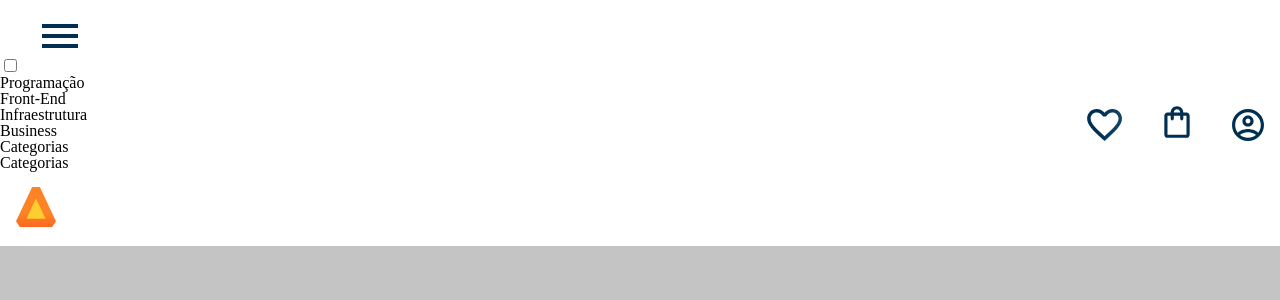
Repository: DamnDTX/projeto-mobile
Page: index.html
The author's editor kept a copy of each file at every save. The page is drawn from the files as they stood at one save, then again after the next save.
The browser window is 1280 px wide. The pictures show the whole page.

Above is the page before, as saved 2023-07-26 22:23:44.

### index.html
<!DOCTYPE html>
<html lang="pt-br">
<head>
    <meta charset="UTF-8">
    <meta name="viewport" content="width=device-width, initial-scale=1.0">
    <title>Mobile project</title>
    <link href="./styles/reset.css" rel="stylesheet">
    <link href="./styles/styles.css" rel="stylesheet">


</head>
<body>
    <header class="cabecalho">
       <!--ELEMENTOS Á ESQUERDA-->

        <div class="container">
            <input type="checkbox" id="menu" class="container__botao">
            <label for="menu">
            <span class="cabecalho__menu-hamburguer container__imagem"></span>
            </label>
            <ul class="lista-menu">
                <li class="lista-menu__titulo">Programação
                </li>
                <li class="lista-menu__titulo">Front-End
                </li>
                <li class="lista-menu__titulo">
                    Infraestrutura
                </li>
                <li class="lista-menu__titulo">Business
                </li>
                <li class="lista-menu__titulo">Categorias
                </li>
                <li class="lista-menu__titulo">Categorias
                </li>
            </ul>
             <img src="./img/Logo.svg" class="container__imagem" alt="logo-AluraBooks">
    </div>

        <!--ELEMENTOS Á DIREITA-->

    <div class="container">
        <a href="#"><img src="./img/Favoritos.svg " class="container__imagem" alt="Favoritos"></a>

        <a href="#"><img src="./img/Sacola.svg" class="container__imagem"   alt="Sacola"></a>

        <a href="#"><img src="./img/Usuario.svg"  class="container__imagem" alt="Usuario"></a>
    </div>

</header>
    <main></main>
    <footer>

    </footer>
</body>
</html>

### styles/styles.css
@import url(../styles/header.css);
/* Usamos o '@import" aqui pelo motivo de ser mais rádio o carregamento do arquivo, além de deixar o index.html com menos códigos*/


:root{
    --cor-de-fundo-branco:#FFFFFF;
    --cor-de-fundo: #C4C4C4;
    --cor-titulos:#002F52;
    --cor--botoes:#EB9B00;
    --fonte-geral: 'Poppins', sans-serif;
    --tamanho-fonte-titulo:2rem;
}

@import url('https://fonts.googleapis.com/css2?family=Poppins&display=swap');

body{
    background-color: var(--cor-de-fundo);
}

.cabecalho{
    background-color: white;
    display: flex;
    justify-content: space-between;
    align-items: center;
}

### styles/header.css
.cabecalho__menu-hamburguer {
    width:40px;
    height:40px;
    background-image: url(../img/Menu.svg);
    display: inline-block;
}

/* inline-block pois assim permite ajustes de altura e largura, lembrando que com o display=block não conseguimos fazer tais ajustes */

.cabecalho{
    background-color: var(--cor-de-fundo-branco);
    display: flex;
    justify-content: space-between;
    align-items: center;
}

/*APÓS ESTA LINHA ACIMA OS ELEMENTOS FICARAM Á ESQUERDA, MAS ISTO ACONTECEU POIS COLOCAMOS-O EM OUTRO ARQUIVO CSS, ESTE ESQUEMA É MUITO BOM QUANDO PRECISAMOS FAZER UM MENU DESSE JEITO SEM USAR JAVASCRIPT, CLARO, O GRANDE SEGREDO FOI O 'justify-content'*/

.container__imagem{
    padding: 1rem;
    background-position: center;
    background-repeat: no-repeat;
}

Loaded but not shown: styles/reset.css (common file)

After the next save:
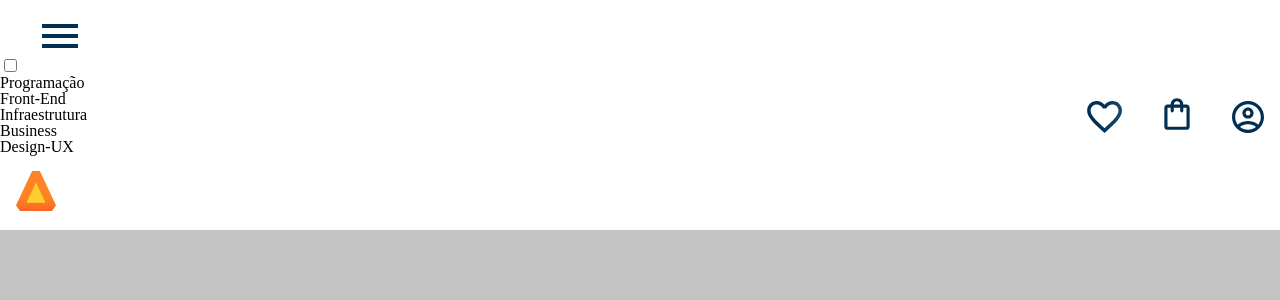
Saved 17 s later.
--- a/index.html
+++ b/index.html
@@ -28,10 +28,9 @@
                 </li>
                 <li class="lista-menu__titulo">Business
                 </li>
-                <li class="lista-menu__titulo">Categorias
+                <li class="lista-menu__titulo">Design-UX
                 </li>
-                <li class="lista-menu__titulo">Categorias
-                </li>
+
             </ul>
              <img src="./img/Logo.svg" class="container__imagem" alt="logo-AluraBooks">
     </div>
